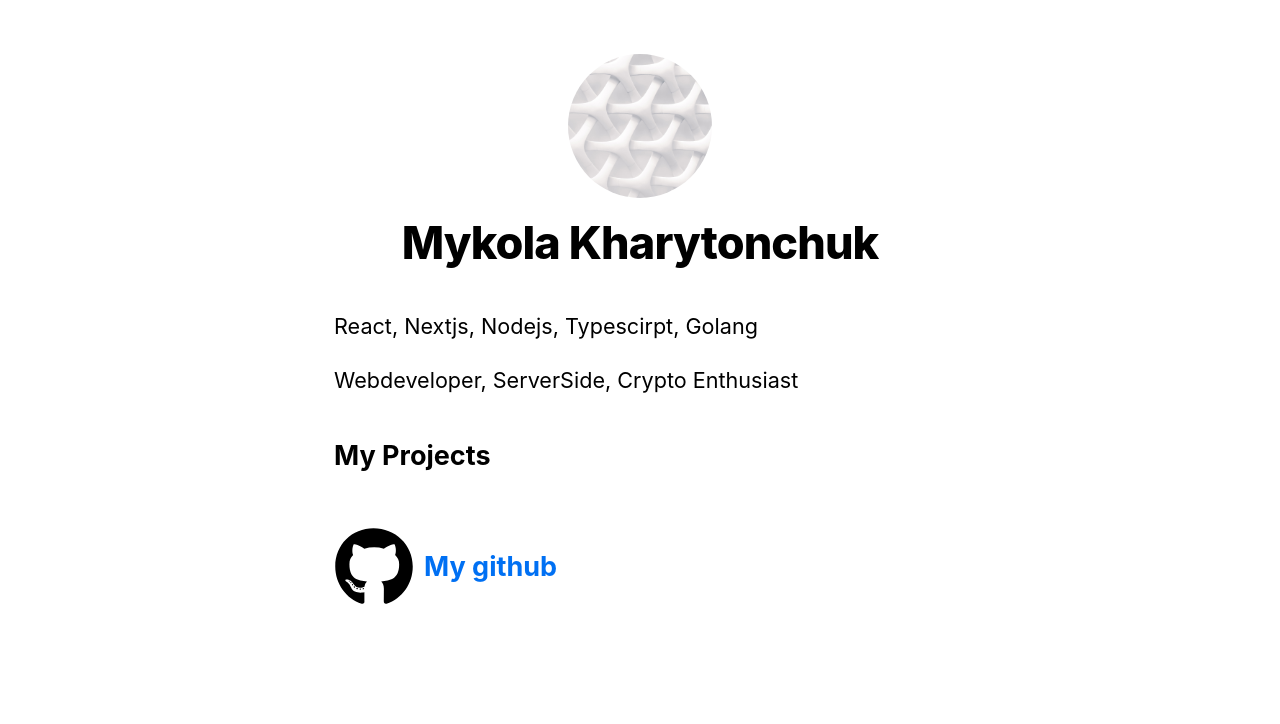
Repository: Mooninghnk/resume
Page: /
An editor plug-in stored every save of this project. The page is shown before and after the next save, followed by the edit.
The browser window is 1280 px wide. The pictures show the whole page.
The project was rebuilt for these pictures with package versions that can differ from the ones it lists, and the page was loaded fresh each time. The framework's server and built-in components were replaced by stand-ins that run in the browser.

Above is the page before, as saved 2021-12-29 21:29:42.

After the next save:
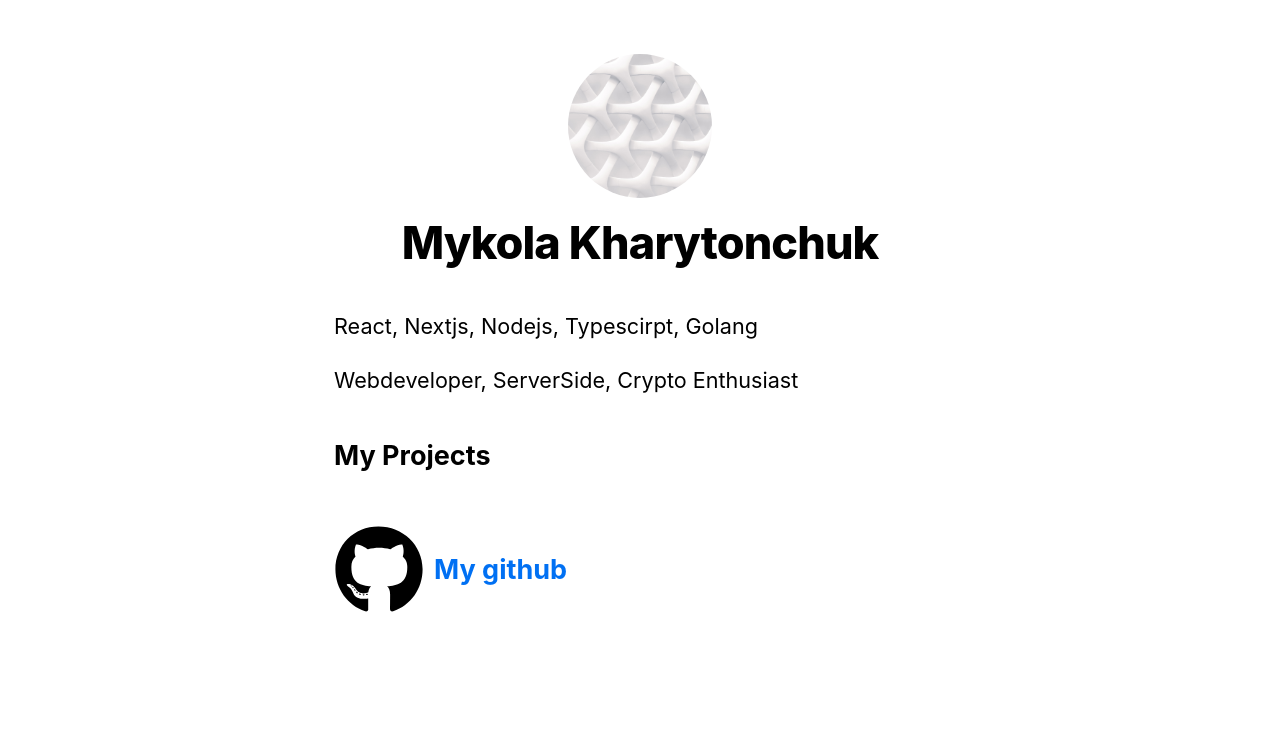
Saved 6 s later.
--- a/pages/index.tsx
+++ b/pages/index.tsx
@@ -10,7 +10,7 @@ import { useState } from "react";
 
 
 export default function Home({ allPostsData }) {
-
+  const [icon, sizeIcon] = useState(90);
 
   return (
     <Layout home>
@@ -29,7 +29,7 @@ export default function Home({ allPostsData }) {
             <small  className={utilStyles.lightText}>
               <Link href={"https://github.com/Mooninghnk"}>
                 <div onMouseOver={e => onH(e)} className="link" style={{display: "inline-flex", alignItems: "center"}}>
-                 <FaGithub  color="black" size={80} style={{marginRight: "10px"}}/>
+                 <FaGithub  color="black" size={icon} style={{marginRight: "10px"}}/>
                 <h1>{" "} My github</h1>
                  </div>
 
